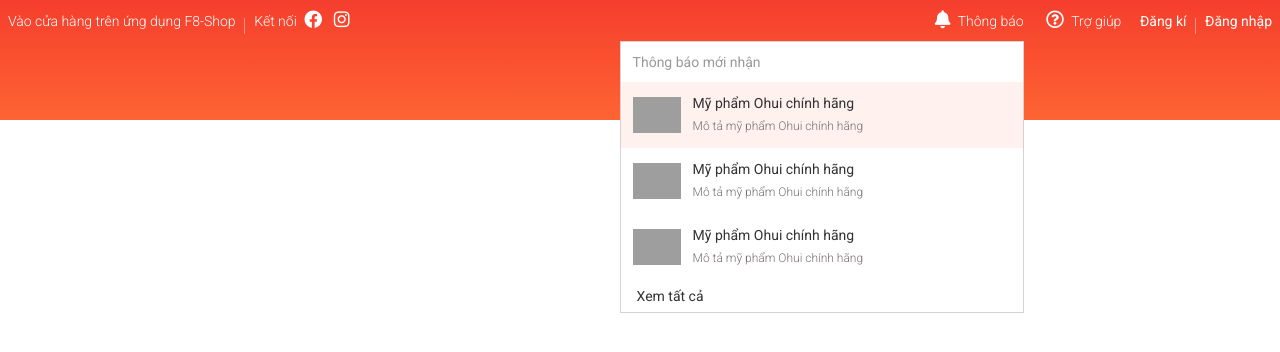
Repository: phunobi1807/shopee
Page: index.html
An editor plug-in stored every save of this project. The page is shown before and after the next save, followed by the edit.
The browser window is 1280 px wide. The pictures show the whole page.
Pictures or frames that could not be fetched are drawn as grey boxes.

Above is the page before, as saved 2021-06-13 12:30:58.

### index.html
<!DOCTYPE html>
<html lang="en">

<head>
    <meta charset="UTF-8">
    <meta http-equiv="X-UA-Compatible" content="IE=edge">
    <meta name="viewport" content="width=device-width, initial-scale=1.0">
    <title>Document</title>
    <link rel="stylesheet" href="https://cdnjs.cloudflare.com/ajax/libs/normalize/8.0.1/normalize.min.css">
    <link rel="stylesheet" href="./assets/css/base.css">
    <link rel="stylesheet" href="./assets/css/main.css">
    <link rel="stylesheet"
        href="./assets/fonts/fontawesome-free-5.15.3-web/fontawesome-free-5.15.3-web/css/all.min.css">
    <link rel="preconnect" href="https://fonts.gstatic.com">
    <link href="https://fonts.googleapis.com/css2?family=Roboto:wght@300;400;500&display=swap" rel="stylesheet">
</head>

<body>
    <div class="app">
        <header class="header">
            <div class="grid">
                <nav class="header__navbar">
                    <ul class="header__navbar-list">
                        <li class="header__navbar-item header__navbar-item--has-qr header__navbar-item--separate">
                            Vào cửa hàng trên ứng dụng F8-Shop
                            <div class="header__qr">
                                <img src="./assets/img/QR_code.png" alt="QR code" class="header__qr-img">
                                <div class="header__qr-apps">
                                    <a href="" class="header__qr-link">
                                        <img src="./assets/img/app_store.png" alt="Google Play"
                                            class="header__qr-download-img">
                                    </a>
                                    <a href="" class="header__qr-link">
                                        <img src="./assets/img/gg_play.png" alt="App Store"
                                            class="header__qr-download-img">
                                    </a>
                                </div>
                            </div>
                        </li>
                        <li class="header__navbar-item">
                            <span class="header__navbar-title--no-pointer">Kết nối</span>
                            <a href="" class="header__navbar-icon-link">
                                <i class="header__navbar-icon fab fa-facebook"></i>
                            </a>
                            <a href="" class="header__navbar-icon-link">
                                <i class="header__navbar-icon fab fa-instagram"></i>
                            </a>
                        </li>
                    </ul>
                    <ul class="header__navbar-list">
                        <li class="header__navbar-item">
                            <a href="" class="header__navbar-item-link">
                                <i class="header__navbar-icon fas fa-bell"></i>
                                Thông báo
                            </a>
                            <div class="header__notify">
                                <header class="header__notify-header">
                                    <h3>Thông báo mới nhận</h3>
                                </header>
                                <ul class="header__notify-list">
                                    <li class="header__notify-item header__notify-item-viewed">
                                        <a href="" class="header__notify-link">
                                            <img src="https://cf.shopee.vn/file/5fbf9049e4439e01d27d8f14388c46f8_tn" alt="" class="header__notify-img">
                                            <div class="header__notify-info">
                                                <span class="header__notify-name">Mỹ phẩm Ohui chính hãng</span>
                                                <span class="header__notify-description">Mô tả mỹ phẩm Ohui chính
                                                    hãng</span>
                                            </div>
                                        </a>
                                    </li>
                                    <li class="header__notify-item">
                                        <a href="" class="header__notify-link">
                                            <img src="https://cf.shopee.vn/file/5fbf9049e4439e01d27d8f14388c46f8_tn" alt="" class="header__notify-img">
                                            <div class="header__notify-info">
                                                <span class="header__notify-name">Mỹ phẩm Ohui chính hãng</span>
                                                <span class="header__notify-description">Mô tả mỹ phẩm Ohui chính
                                                    hãng</span>
                                            </div>
                                        </a>
                                    </li>
                                    <li class="header__notify-item ">
                                        <a href="" class="header__notify-link">
                                            <img src="https://cf.shopee.vn/file/5fbf9049e4439e01d27d8f14388c46f8_tn" alt="" class="header__notify-img">
                                            <div class="header__notify-info">
                                                <span class="header__notify-name">Mỹ phẩm Ohui chính hãng</span>
                                                <span class="header__notify-description">Mô tả mỹ phẩm Ohui chính
                                                    hãng</span>
                                            </div>
                                        </a>
                                    </li>
                                </ul>
                                <footer class="header__notify-footer">
                                    <a href="" class="header__notify-footer-btn">Xem tất cả</a>
                                </footer>
                            </div>
                        </li>
                        <li class="header__navbar-item">
                            <a href="" class="header__navbar-item-link">
                                <i class="header__navbar-icon far fa-question-circle"></i>
                                Trợ giúp
                            </a>
                        </li>
                        <li class="header__navbar-item header__navbar-item--strong header__navbar-item--separate">Đăng
                            kí</li>
                        <li class="header__navbar-item header__navbar-item--strong">Đăng nhập</li>
                    </ul>
                </nav>
            </div>
        </header>
        <div class="container">

        </div>
        <footer class="footer">

        </footer>
    </div>
</body>

</html>

### assets/css/base.css
:root
{
    --primary-color:#ee4d2d;
    --white-color: #fff;
    --black-color: #000;
    --text-color: #333;
}

*
{
    box-sizing: inherit;
}

html
{
    /* 10px */
    font-size: 62.5%;
    line-height: 1.6rem;
    font-family: 'Roboto', sans-serif;
    box-sizing: border-box;
}

.grid
{
    width: 1850px;
    max-width: 100%;
    margin: 0 auto;
}

.grid__full-width
{
    width: 100%;
}

.grid__row
{
    display: flex;
    flex-wrap: wrap;
}
/* Animation */
@keyframes fadeIn
{
    from
    {
        opacity: 0;
    }
    to
    {
        opacity: 1;
    }
}

### assets/css/main.css
.header
{
    height: 120px;
    background-image: linear-gradient(0, #fe6433, #f53e2d);
}
.header__navbar
{
    display: flex;
    justify-content: space-between;
}
.header__navbar-list
{
    list-style: none;
    padding-left: 0;
}
.header__navbar-item
{
    position: relative;
    margin: 0px 8px;
    min-height: 26px;
}
.header__navbar-item--has-qr:hover .header__qr
{
    display: block;
}
.header__navbar-item,
.header__navbar-item-link
{
    display: inline-block;
    font-size: 1.4rem;
    color: var(--white-color);
    text-decoration: none;
    font-weight: 300;
}
.header__navbar-item:hover,
.header__navbar-icon-link:hover,
.header__navbar-item-link:hover
{
    color: rgba(255, 255, 255, 0.7);
    cursor: pointer;
}
.header__navbar-item--strong
{
    font-weight: 400;
}
.header__navbar-item--separate::after
{
    content: "";
    display: block;
    position: absolute;
    border-left: 1px solid #FB9086;
    height: 16px;
    right: -9px;
    top: 50%;
    transform: translateY(-50%);
}

.header__navbar-icon-link
{
    color: var(--white-color);
    text-decoration: none;
}
.header__navbar-icon
{
    font-size: 1.8rem;
    margin: 0px 4px;

}
.header__navbar-title--no-pointer
{
    cursor: text;
    color: var(--white-color);
}
/* Header QR code  */
.header__qr
{
    background-color: var(--white-color);
    width: 186px;
    position: absolute;
    left: 0;
    top: 118%;
    padding: 8px;
    border-radius: 2px;
    display: none;
    animation:  fadeIn ease-in 0.3s;

}
.header__qr::before
{
    position: absolute;
    left: 0;
    top: -16px;
    width: 100%;
    height: 20px;
    content: "";
    display: block;

}
.header__qr-img
{
width: 100%;
}
.header__qr-apps
{
    display: flex;
    justify-content: space-between;
}
.header__qr-link:nth-child(1)
{
    margin-left: 11px;
}
.header__qr-link:nth-child(2)
{
    margin-right: 11px;
}
.header__qr-download-img
{
    height: 15px;
}

/* Header notification  */
.header__notify
{
    position: absolute;
    top: 118%;
    right: 0;
    width: 404px;
    border: 1px solid #D3D3D3;
    background-color: var(--white-color);
}
.header__notify-header
{
    height: 40px;
    background-color: var(--white-color);
}
.header__notify-header h3
{
    color: #999;
    margin: 0 0 0 12px;
    font-weight: 400;
    font-size: 1.4rem;
    line-height: 40px;
}
.header__notify-list
{
    padding-left: 0;
}
.header__notify-item
{
   display: flex;
}
.header__notify-item:hover
{
    background-color: #f7f7f7;
}
.header__notify-item-viewed
{
    background-color: rgba(238, 77, 45, 0.08);
}
.header__notify-link
{
    display: flex;
    width: 100%;
    padding: 12px;
    text-decoration: none;

}
.header__notify-img
{
    width: 48px;
    object-fit: contain;
}
.header__notify-info
{
    margin-left: 12px;
}

.header__notify-name
{
    display: block;
    font-size: 1.4rem;
    color: var(--text-color);
    font-weight: 400;
    line-height: 1.8rem;
}
.header__notify-description
{
display: block;
font-size: 1.2rem;
line-height: 2rem;
color: #756F6E;
margin-top: 4px;
}
.header__notify-footer
{
    display: flex;
    margin: auto;
}
.header__notify-footer-btn
{
    text-decoration: none;
    color: var(--text-color);
    padding: 8px 16px;
    font-size: 1.4rem;
    font-weight: 400;
}

Loaded but not shown: assets/fonts/fontawesome-free-5.15.3-web/fontawesome-free-5.15.3-web/css/all.min.css (library)

After the next save:
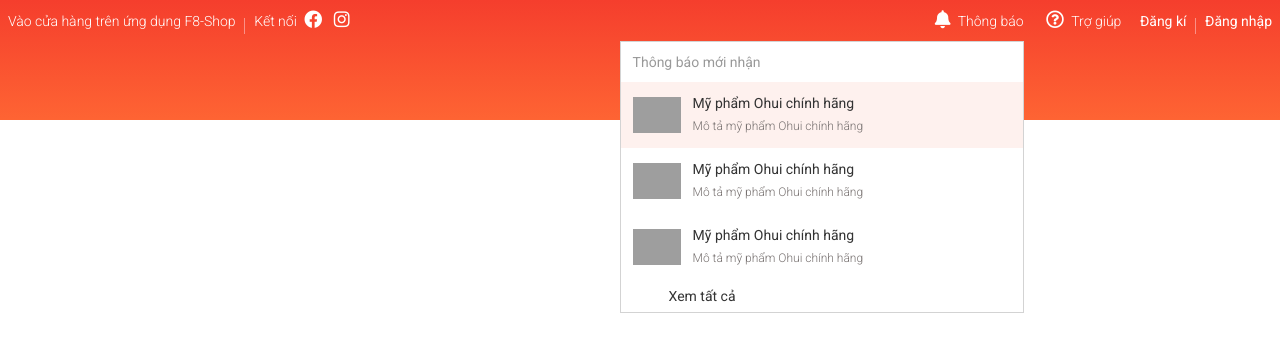
Saved 22 s later.
--- a/assets/css/main.css
+++ b/assets/css/main.css
@@ -200,7 +200,7 @@
 {
     text-decoration: none;
     color: var(--text-color);
-    padding: 8px 16px;
-    font-size: 1.4rem;
-    font-weight: 400;
-}
+    padding: 8px 48px;
+    font-size: 1.4rem;
+    font-weight: 400;
+}
